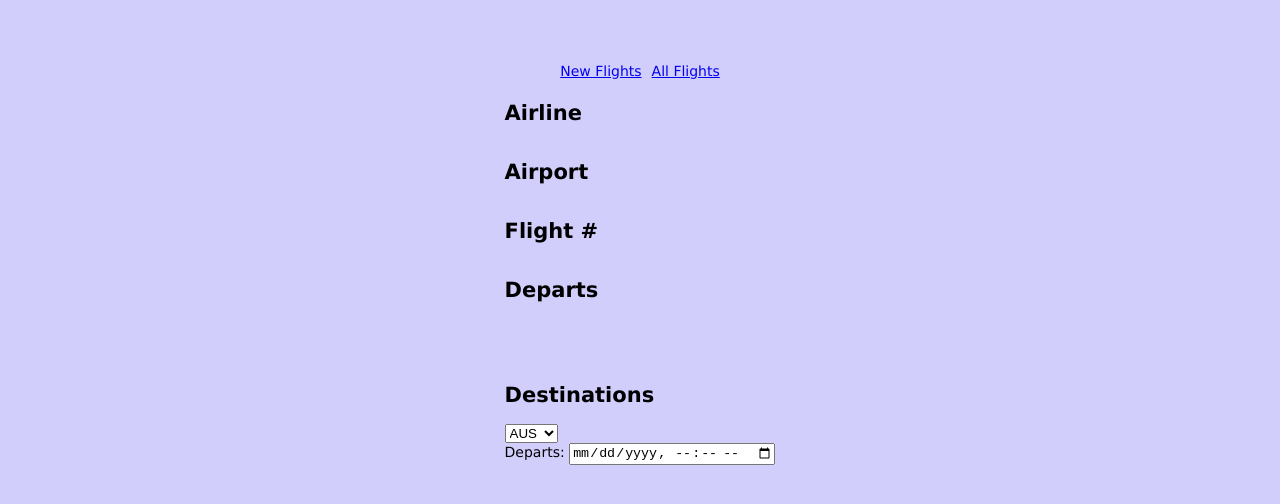
Repository: jmendoza13/mongoose-flights
Page: views/flights/show.ejs
An editor plug-in stored every save of this project. The page is shown before and after the next save, followed by the edit.
The browser window is 1280 px wide. The pictures show the whole page.
The page is served by the project's Node server (server.js). Other server files are loaded and not shown. The template is opened directly, without the code that normally fills it, so the values that code supplies are empty.

Above is the page before, as saved 2022-07-20 19:54:40.

### views/flights/show.ejs
<%- include('../partials/header') %>
<section id="show-page">
           <h2>Airline</h2>
           <p><%=flight.airline %></p>
           <h2>Airport</h2>
           <p><%=flight.airport %></p>
           <h2>Flight #</h2>
           <p><%=flight.flightNo %></p>
           <h2>Departs</h2>
           <p><%=flight.departs %></p>

</section>
<br><br><h2>Destinations</h2>
<form id="add-destination" method="POST"
ACTION="/flights/<%=flight._id %>/destinations">
<select name="airport" >
    <option value="AUS">AUS</option>
    <option value="DFW">DFW</option>
    <option value="DEN">DEN</option>
    <option value="LAX">LAX</option>
    <option value="SAN">SAN</option>
</select>
</form>
<label>Departs:
    <input type="datetime-local" value="departsDate" name="departs">
</label><br>



<%- include('../partials/footer') %>

### views/Partials/header.ejs
<!DOCTYPE html>
<html lang="en">

<head>
    <meta charset="UTF-8">
    <meta http-equiv="X-UA-Compatible" content="IE=edge">
    <meta name="viewport" content="width=device-width, initial-scale=1.0">
    <link rel='stylesheet' href='/stylesheets/style.css' />
    <title>Flights</title>
</head>

<body>
    <nav>
        <a href="/flights/new">New Flights</a>
        <a href="/flights">All Flights</a>
    </nav>

### server.js
var createError = require('http-errors');
var express = require('express');
var path = require('path');
var cookieParser = require('cookie-parser');
var logger = require('morgan');

require('dotenv').config();

require('./config/database');

var indexRouter = require('./routes/index');
var flightsRouter = require('./routes/flights');
var destinationsRouter = require('./routes/flights');

var app = express();

// view engine setup
app.set('views', path.join(__dirname, 'views'));
app.set('view engine', 'ejs');

app.use(logger('dev'));
app.use(express.json());
app.use(express.urlencoded({ extended: false }));
app.use(cookieParser());
app.use(express.static(path.join(__dirname, 'public')));

app.use('/', indexRouter);
app.use('/flights', flightsRouter);
app.use('/', destinationsRouter);

// catch 404 and forward to error handler
app.use(function(req, res, next) {
  next(createError(404));
});

// error handler
app.use(function(err, req, res, next) {
  // set locals, only providing error in development
  res.locals.message = err.message;
  res.locals.error = req.app.get('env') === 'development' ? err : {};

  // render the error page
  res.status(err.status || 500);
  res.render('error');
});

module.exports = app;

### public/stylesheets/style.css
body {
  padding: 50px;
  font: 14px "Lucida Grande", Helvetica, Arial, sans-serif;
  display: grid;
  justify-content: center;
  background-color: rgb(210, 206, 252);
  grid-template-areas:
    "nav"
    "main"
}

nav, h1, p {
  display: flex;
  color: #010101;
  justify-content: center;
  align-items: center;
  text-align: center;
}

a {
  padding: 5px;
}

Loaded but not shown: views/Partials/footer.ejs (common file)

After the next save:
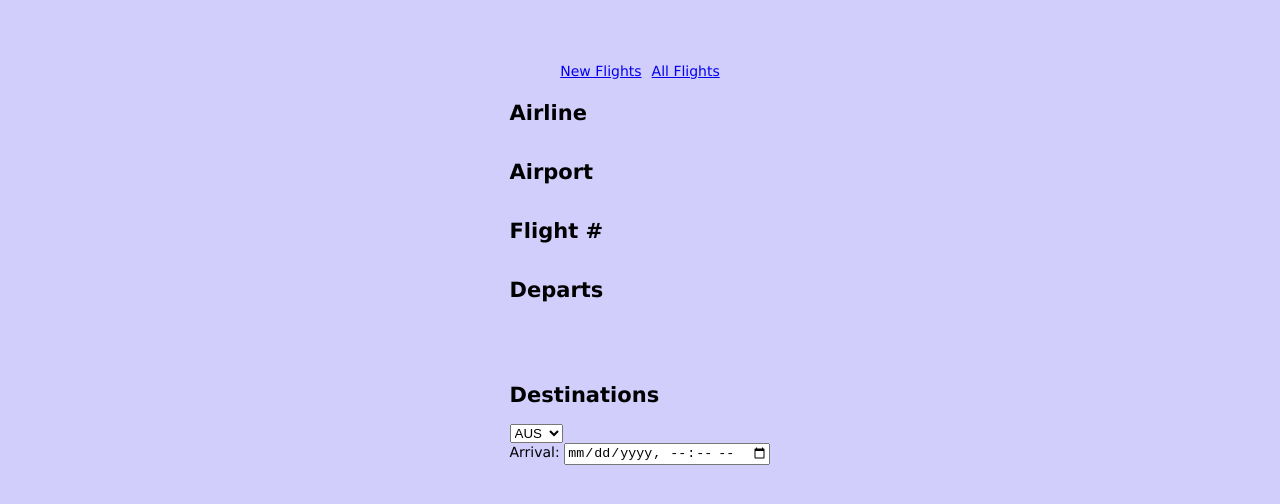
Saved 31 s later.
--- a/views/flights/show.ejs
+++ b/views/flights/show.ejs
@@ -21,7 +21,7 @@ ACTION="/flights/<%=flight._id %>/destinations">
     <option value="SAN">SAN</option>
 </select>
 </form>
-<label>Departs:
+<label>Arrival:
     <input type="datetime-local" value="departsDate" name="departs">
 </label><br>
 
